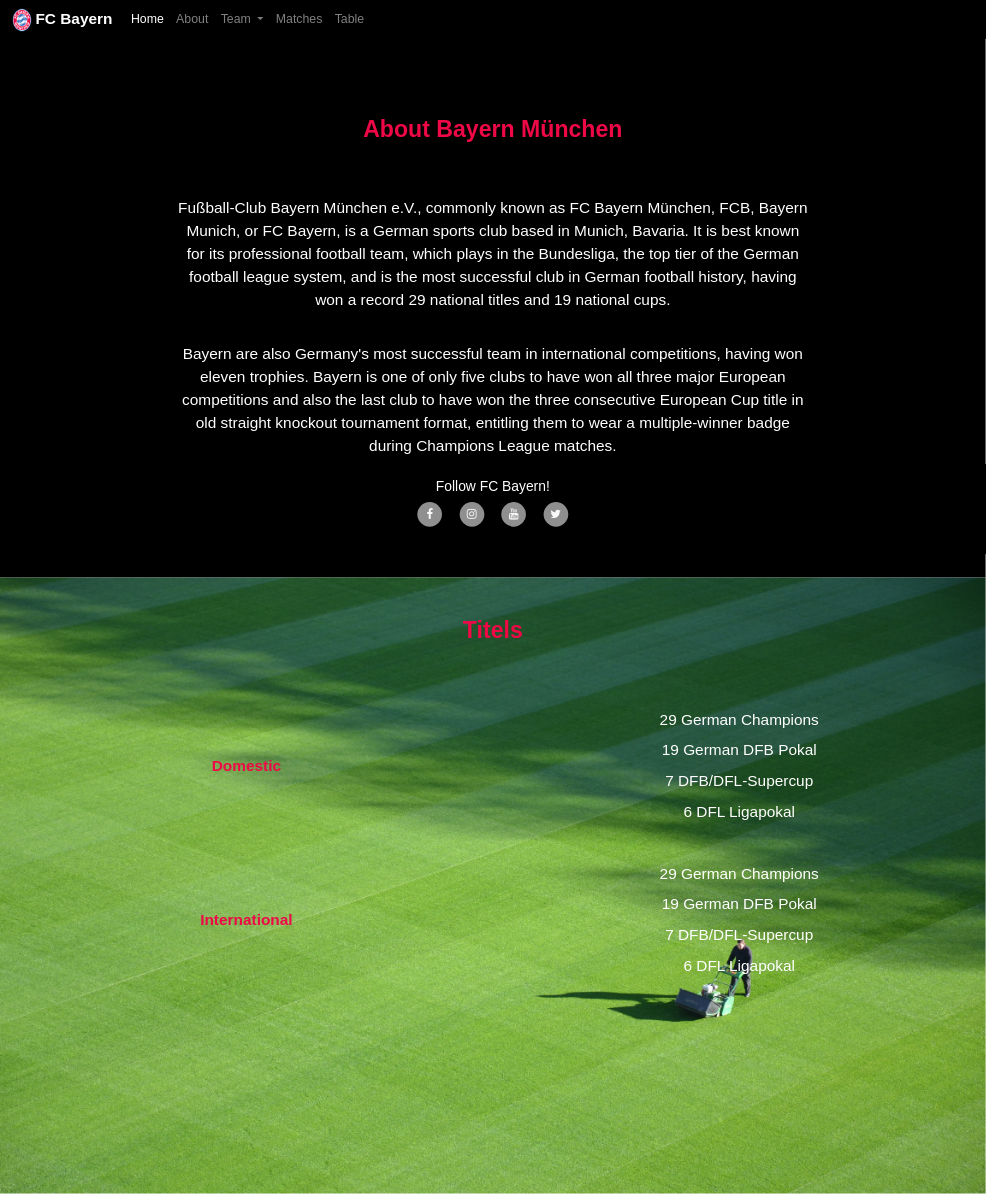
Repository: Code-Institute-Submissions/alnibo-milestone-project-1
Page: about.html
The author's editor kept a record of every edit. The page is drawn from the files as they stood at one moment, then again after the next edit.
The browser window is 1280 px wide. The pictures show the whole page, at 77% of full size.
Backgrounds fixed to the window are drawn as part of the page. Some web fonts or font styles are not loaded; a fallback is used.

Above is the page before.

After the next edit:
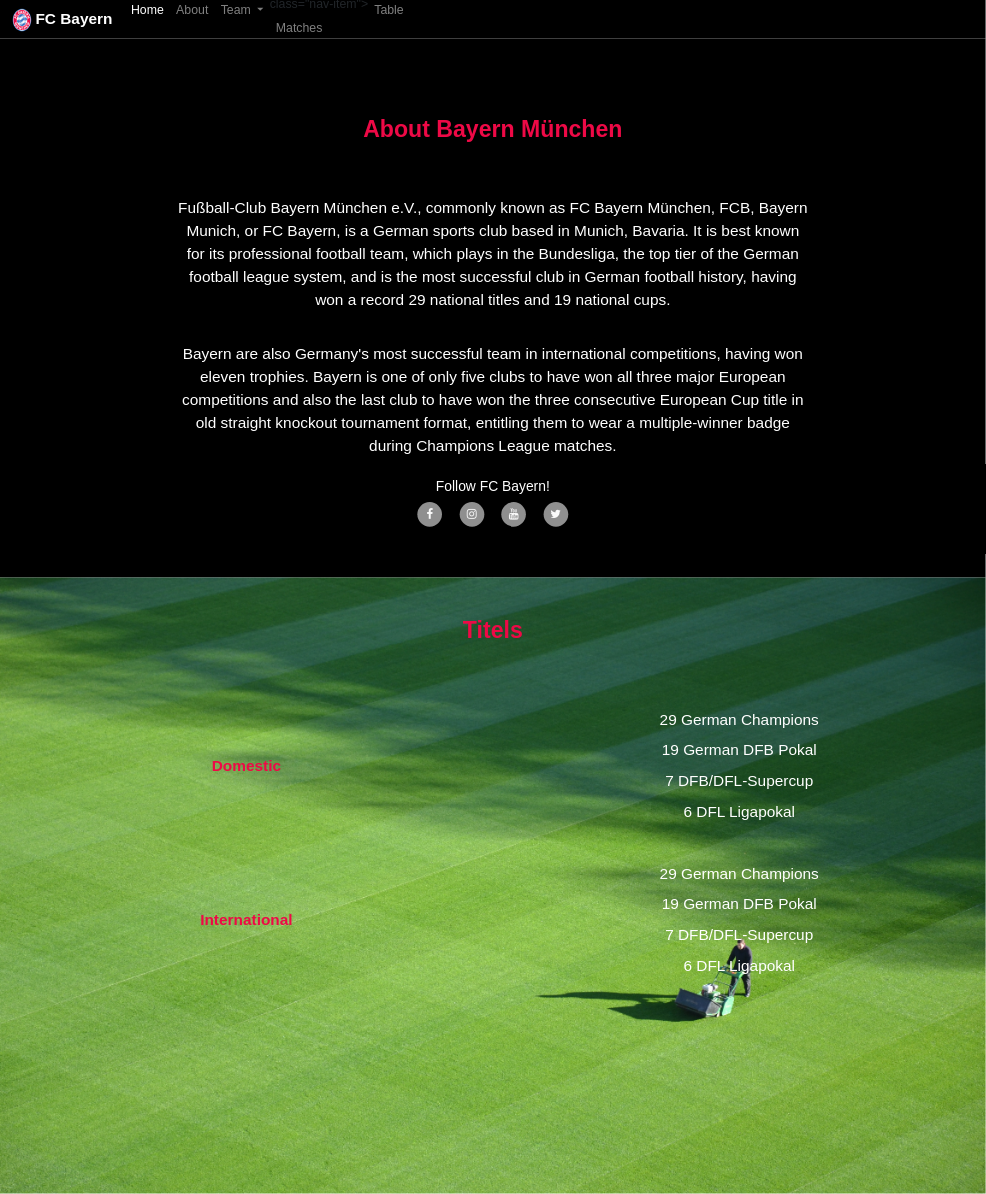
The edit:
--- a/about.html
+++ b/about.html
@@ -41,7 +41,7 @@
                         <a class="dropdown-item" href="#coaches">Coaches</a>
                     </div>
                 </li>
-                <li class="nav-item">
+                <li> class="nav-item">
                     <a class="nav-link" href="matches.html">Matches</a>
                 </li>
                 <li class="nav-item">
